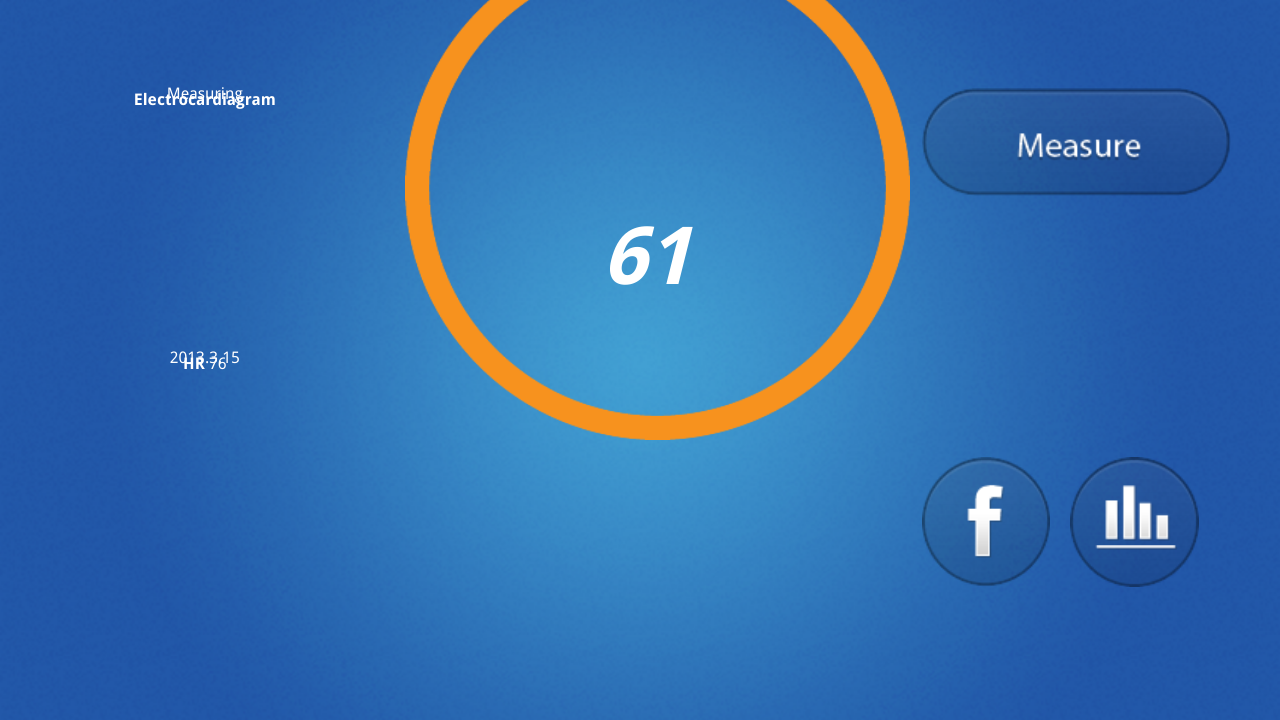
Repository: chouwill79131/IEcontest
Page: BluetoothChat/assets/complete.html
These files come from the project's save history. The page is drawn as it stood at one moment and after the next save; the edit follows.
The browser window is 1280 px wide. The pictures show the whole page.

Above is the page before, as saved 2013-03-08 18:13:24.
Console error: TypeError: Cannot set properties of null (setting 'innerHTML')

After the next save:
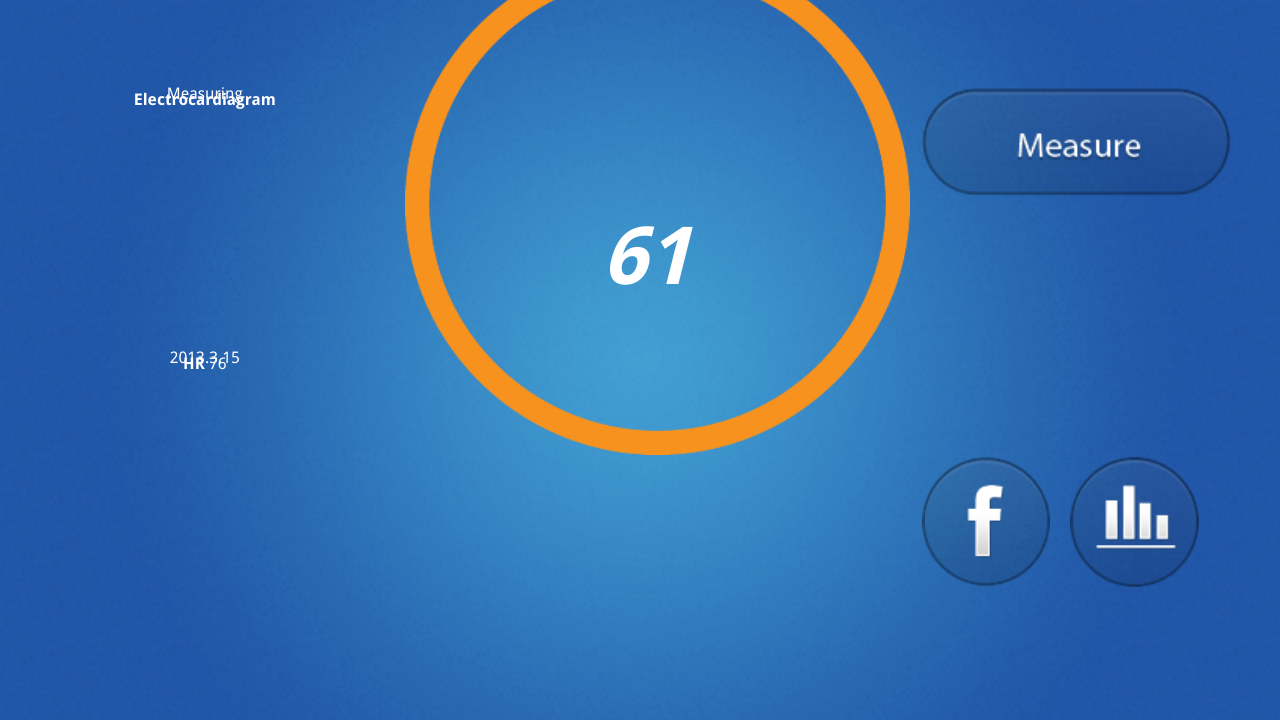
Saved 28 s later.
--- a/BluetoothChat/assets/complete.css
+++ b/BluetoothChat/assets/complete.css
@@ -24,7 +24,7 @@ body { margin:0; padding:0;}
 .mid { width: 41%; }
 .circle { width: auto; height:70%; margin-left: 4%; }
 .score { color:white ; z-index: 1; text-align:center; margin-top:40% ; font-family: DroidSans-Bold;font-style: italic; ;font-size: 60pt;}
-.circle { margin-top: -70%; z-index: 2; }
+.circle { margin-top: -67%; z-index: 2; }
 
 .right { width: 29%; }
 .right button { float: left; border: none; background: transparent; }
